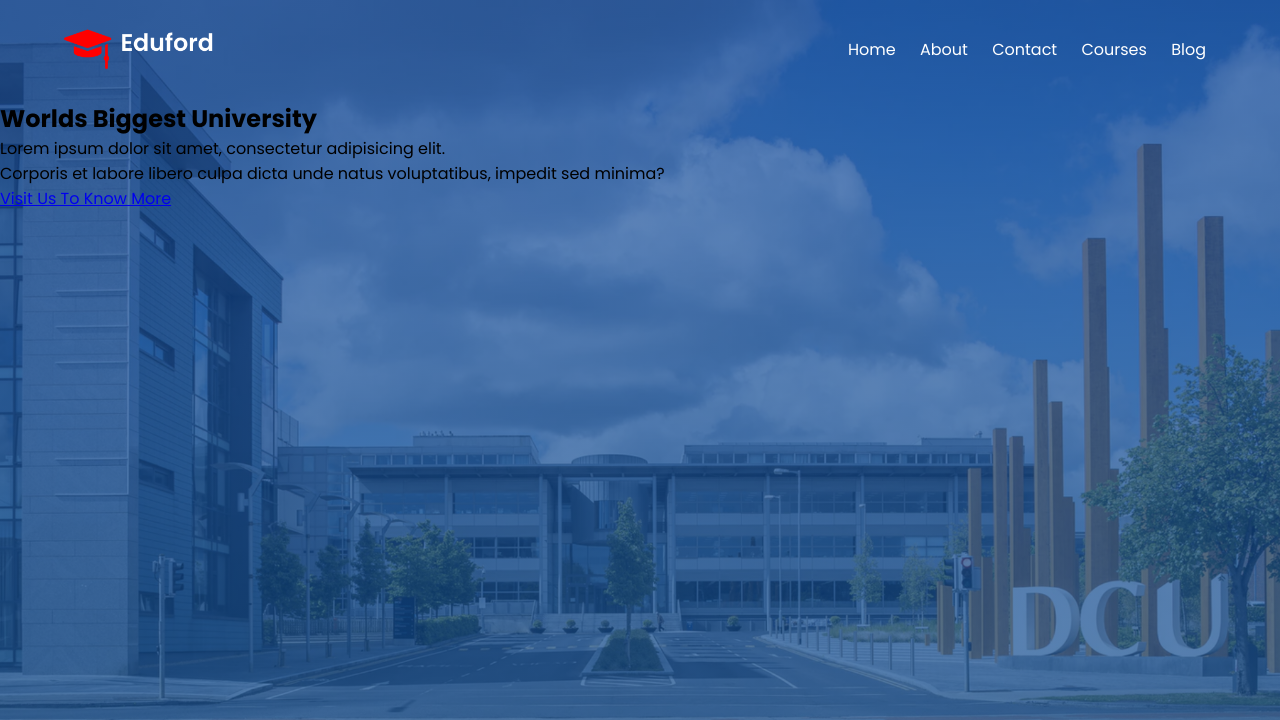
Repository: yashrajverma/Practise
Page: index.html
An editor plug-in stored every save of this project. The page is shown before and after the next save, followed by the edit.
The browser window is 1280 px wide. The pictures show the whole page.

Above is the page before, as saved 2021-04-27 11:20:40.

After the next save:
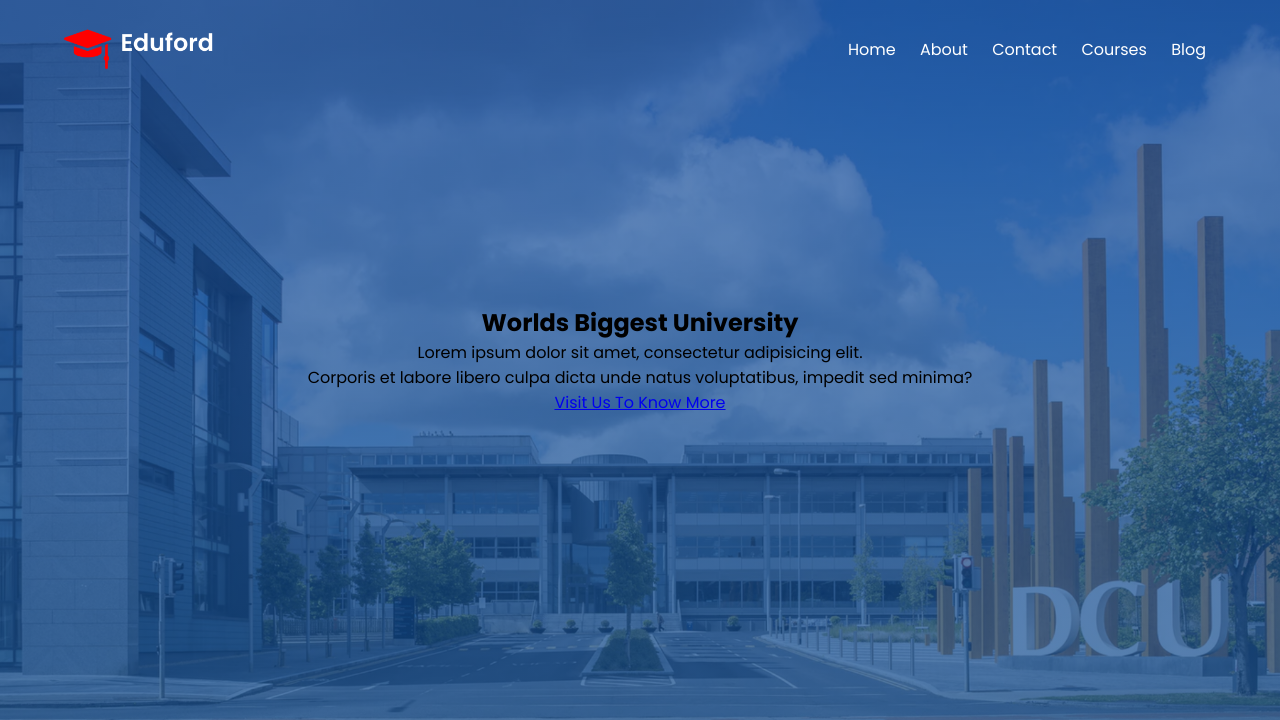
Saved 44 s later.
--- a/style.css
+++ b/style.css
@@ -48,3 +48,12 @@
 .nav-links ul li:hover::after{
     width: 100%;
 }
+.text-box{
+    width: 90%;
+    text-align: center;
+    position: absolute;
+    top: 50%;
+    left: 50%;
+    transform: translate(-50%,-50%);
+
+}
